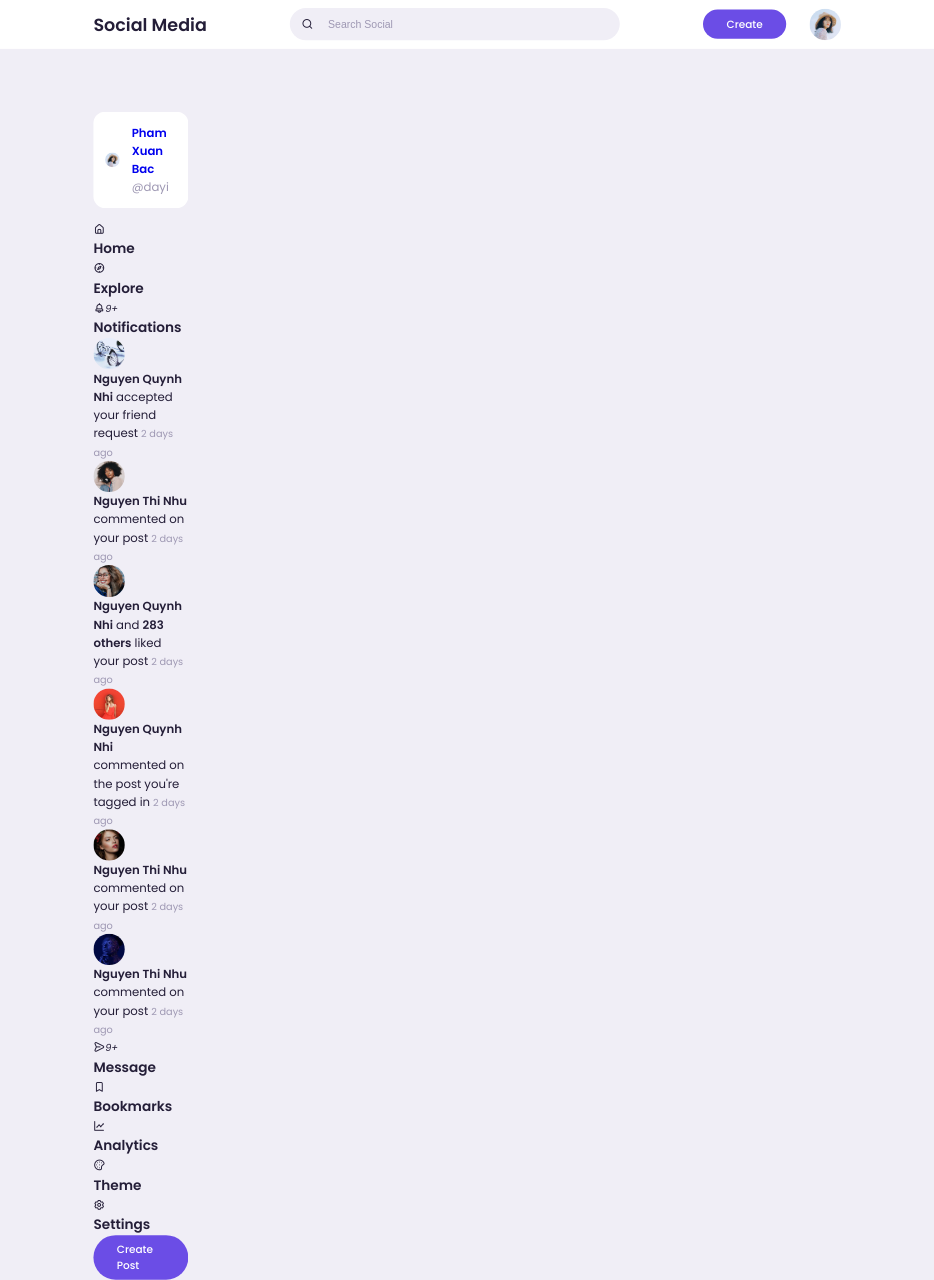
Repository: northpx/socialMedia
Page: index.html
An editor plug-in stored every save of this project. The page is shown before and after a run of saves, followed by the edit.
The browser window is 1280 px wide. The pictures show the whole page, at 73% of full size.

Above is the page before, as saved 2023-03-07 17:20:33.

### index.html
<!DOCTYPE html>
<html lang="en">
<head>
    <meta charset="UTF-8">
    <meta http-equiv="X-UA-Compatible" content="IE=edge">
    <meta name="viewport" content="width=device-width, initial-scale=1.0">
    <link rel="stylesheet" href="/css/style.css">
    <link rel="stylesheet" href="https://unicons.iconscout.com/release/v4.0.0/css/line.css">
    <title>Social Media</title>
</head>
<body>
    <nav>
        <div class="container">
            <h2 class="logo">
                Social Media
            </h2>
            <div class="search-bar">
                <i class="uil uil-search"></i>
                <input type="search" placeholder="Search Social">
            </div>
            <div class="create">
                <label for="create-post" class="btn btn-primary">Create</label>
                <div class="profile-picture">
                    <img src="./images/profile-1.jpg" alt="">
                </div>
            </div>
        </div>
    </nav>

    <main>
        <div class="container">
            <!-- ===========LEFT================ -->
            <div class="left">
                <a href="#" class="profile">
                    <div class="profile-picture">
                        <img src="./images/profile-1.jpg" alt="">
                    </div>
                    <div class="handle">
                        <h4>Pham Xuan Bac</h4>
                        <p class="text-muted">
                            @dayi
                        </p>
                    </div>
                </a>
                <!-- =================SIDEBAR=========== -->
                <div class="sidebar">
                    <a class="menu-item active">
                        <span><i class="uil uil-estate"></i></span><h3>Home</h3>
                    </a>
                    <a class="menu-item">
                        <span><i class="uil uil-compass"></i></span><h3>Explore</h3>
                    </a>
                    <a class="menu-item" id="notifications">
                        <span><i class="uil uil-bell"><small class="notifications-count">9+</small></i></span><h3>Notifications</h3>
                        <!-- -----notification popup----- -->
                        <div class="notification-popup">
                            <div>
                                <div class="profile-picture">
                                    <img src="./images/profile-2.jpg" alt="">
                                </div>
                                <div class="notification-body">
                                    <b>Nguyen Quynh Nhi</b> accepted your friend request
                                    <small class="text-muted">2 days ago</small>
                                </div>
                            </div>
                            <div>
                                <div class="profile-picture">
                                    <img src="./images/profile-3.jpg" alt="">
                                </div>
                                <div class="notification-body">
                                    <b>Nguyen Thi Nhu</b> commented on your post
                                    <small class="text-muted">2 days ago</small>
                                </div>
                            </div>
                            <div>
                                <div class="profile-picture">
                                    <img src="./images/profile-4.jpg" alt="">
                                </div>
                                <div class="notification-body">
                                    <b>Nguyen Quynh Nhi</b> and <b>283 others</b> liked your post
                                    <small class="text-muted">2 days ago</small>
                                </div>
                            </div>
                            <div>
                                <div class="profile-picture">
                                    <img src="./images/profile-5.jpg" alt="">
                                </div>
                                <div class="notification-body">
                                    <b>Nguyen Quynh Nhi</b> commented on the post you're tagged in
                                    <small class="text-muted">2 days ago</small>
                                </div>
                            </div>
                            <div>
                                <div class="profile-picture">
                                    <img src="./images/profile-6.jpg" alt="">
                                </div>
                                <div class="notification-body">
                                    <b>Nguyen Thi Nhu</b> commented on your post
                                    <small class="text-muted">2 days ago</small>
                                </div>
                            </div>
                            <div>
                                <div class="profile-picture">
                                    <img src="./images/profile-7.jpg" alt="">
                                </div>
                                <div class="notification-body">
                                    <b>Nguyen Thi Nhu</b> commented on your post
                                    <small class="text-muted">2 days ago</small>
                                </div>
                            </div>
                            <!-- end notifications popup -->
                        </div>
                    </a>
                    <a class="menu-item" id="message-notifications">
                        <span><i class="uil uil-message"><small class="notifications-count">9+</small></i></span><h3>Message</h3>
                    </a>
                    <a class="menu-item">
                        <span><i class="uil uil-bookmark"></i></span><h3>Bookmarks</h3>
                    </a>
                    <a class="menu-item">
                        <span><i class="uil uil-chart-line"></i></span><h3>Analytics</h3>
                    </a>
                    <a class="menu-item">
                        <span><i class="uil uil-palette"></i></span><h3>Theme</h3>
                    </a>
                    <a class="menu-item">
                        <span><i class="uil uil-setting"></i></span><h3>Settings</h3>
                    </a>
                </div>

                <label for="creat-post" class="btn btn-primary">Create Post</label>
            </div>
            <!-- ===============MIDDLE============== -->
            <div class="middle">

            </div>
            <!-- ==============RIGHT============== -->
            <div class="right">

            </div>
        </div>
    </main>
</body>
</html>

### css/style.css
@import url("https://fonts.googleapis.com/css2?family=Poppins:ital,wght@0,400;0,500;0,600;1,400;1,500;1,600&family=Roboto:ital,wght@0,100;0,300;0,400;0,500;0,700;0,900;1,100;1,300;1,400;1,500;1,700;1,900&display=swap");
:root {
  --color-white: hsl(252,30%,100%);
  --color-light: hsl(252,30%,95%);
  --color-gray: hsl(252,15%,65%);
  --color-primary: hsl(252,75%,60%);
  --color-secondary: hsl(252,100%,90%);
  --color-success: hsl(120,95%,65%);
  --color-danger: hsl(0,95%,65%);
  --color-dark: hsl(252,30%,17%);
  --color-black: hsl(252,30%,10%);
  --border-radius: 2rem;
  --card-border-radius: 1rem;
  --btn-padding: 0.6rem 2rem;
  --search-padding: 0.6rem 1rem;
  --card-padding: 1rem;
  --sticky-top-left: 5.4rem;
  --sticky-top-right: -18rem;
}

*, *::before, *::after {
  margin: 0;
  padding: 0;
  outline: 0;
  box-sizing: border-box;
  text-decoration: none;
  list-style: none;
  border: none;
}

body {
  font-family: "Poppins", sans-serif;
  color: var(--color-dark);
  background: var(--color-light);
  overflow-x: hidden;
}

.container{
    width: 80%;
    margin: 0 auto;
}

.profile-picture{
    width: 2.7rem;
    aspect-ratio: 1/1;
    border-radius: 50%;
    overflow: hidden;
}

img{
    display: block;
    width: 100%;
}

.btn{
    display:  inline-block;
    padding: var(--btn-padding);
    font-weight: 500;
    border-radius: var(--border-radius);
    cursor: pointer;
    transition: all .3s ease;
    font-size: 0.9rem;
}

.btn:hover{
    opacity: 0.8;
}

.btn-primary{
    background: var(--color-primary);
    color: white;
}

.text-bold{
    font-weight: 500;
}

.text-muted{
    color: var(--color-gray);
}

nav{
    width: 100%;
    background: var(--color-white);
    padding: 0.7rem 0;
    top: 0;
    z-index: 10;
}

nav .container{
    display: flex;
    align-items: center;
    justify-content: space-between;
}

nav .search-bar{
    background: var(--color-light);
    border-radius: var(--border-radius);
    padding: var(--search-padding);
}

nav .search-bar input[type="search"]{
    background: transparent;
    width: 30vw;
    margin-left: 1rem;
    font-size: 0.9rem;
    color: var(--color-dark);
}

nav .search-bar input[type="search"]::placeholder{
    color: var(--color-gray);

}

nav .create{
    display: flex;
    align-items: center;
    gap: 2rem;
}

/* main */
main{
    position: relative;
    top: 5.4rem;
}

main .container{
    display: grid;
    grid-template-columns: 18vh auto 20vw;
    column-gap: 2rem;
    position: relative;
}

/* left */
main .container .left{
    height: max-content;
    position: sticky;
    top: var(--sticky-top-left);
}

main .container .left .profile{
    padding: var(--card-padding);
    background: var(--color-white);
    border-radius: var(--card-border-radius);
    display: flex;
    align-items: center;
    column-gap: 1rem;
    width: 100%;
}

.left .sidebar{
    margin-top: 1rem;
    background: ;
}

After the next 2 saves:
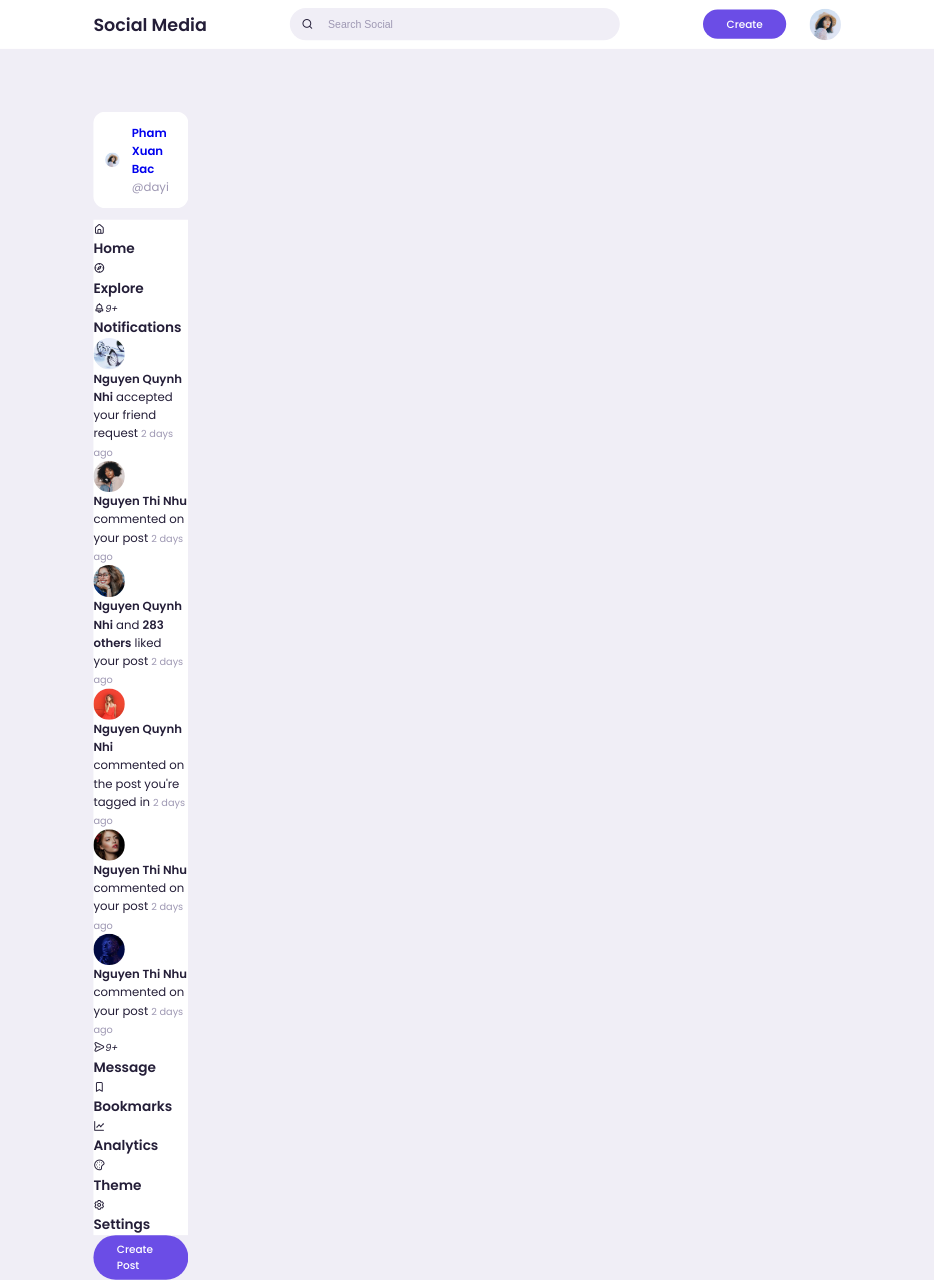
The 2 saves are shown as one change because they came seconds apart.
The last was saved 5 s later.
--- a/css/style.css
+++ b/css/style.css
@@ -150,5 +150,6 @@ main .container .left .profile{
 
 .left .sidebar{
     margin-top: 1rem;
-    background: ;
+    background: var(--color-white);
+    bo
 }
